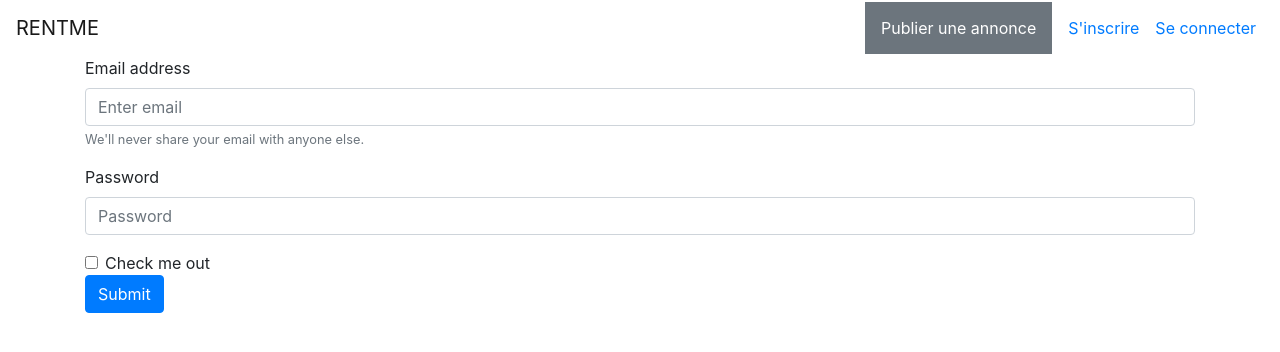
Repository: johan1412/rentme-front
Page: /login
These files come from the project's save history. The page is drawn as it stood at one moment and after the next save; the edit follows.
The browser window is 1280 px wide. The pictures show the whole page.
The project was rebuilt for these pictures with package versions that can differ from the ones it lists, and the page was loaded fresh each time. Also part of the build but not shown: vue.config.js, src/components/auth/Register.vue, src/components/Home.vue.

Above is the page before, as saved 2021-12-14 19:10:43.

### src/main.js
import Vue from "vue";
import App from "./App.vue";
import VueRouter from 'vue-router'
import Login from './components/auth/Login.vue'
import Register from './components/auth/Register.vue'

import HomePage from './components/Home.vue'
import { BootstrapVue, IconsPlugin } from 'bootstrap-vue'

// Import Bootstrap an BootstrapVue CSS files (order is important)
import 'bootstrap/dist/css/bootstrap.css'
import 'bootstrap-vue/dist/bootstrap-vue.css'

// Make BootstrapVue available throughout your project
Vue.use(BootstrapVue)
// Optionally install the BootstrapVue icon components plugin
Vue.use(IconsPlugin)

Vue.config.productionTip = false;

Vue.use(VueRouter)


const routes = [
  { path: '/', component: HomePage },
  { path: '/login', component: Login },
  { path: '/register', component: Register },
]

const router = new VueRouter({
  routes,
  history : true,
  mode : 'history'
})


new Vue({
  render: (h) => h(App),
  router
}).$mount("#app");

### src/App.vue
<template>
  <router-view />
</template>
<script>
export default {
  name: "App"
};
</script>

<style>

</style>

### src/components/auth/Login.vue
<template>
<div>
<nav-bar />
<div class="container m-auto">
  <form>
      <div class="form-group">
        <label for="exampleInputEmail1">Email address</label>
        <input type="email" class="form-control" id="exampleInputEmail1" aria-describedby="emailHelp" placeholder="Enter email">
        <small id="emailHelp" class="form-text text-muted">We'll never share your email with anyone else.</small>
      </div>
      <div class="form-group">
        <label for="exampleInputPassword1">Password</label>
        <input type="password" class="form-control" id="exampleInputPassword1" placeholder="Password">
      </div>
      <div class="form-check">
        <input type="checkbox" class="form-check-input" id="exampleCheck1">
        <label class="form-check-label" for="exampleCheck1">Check me out</label>
      </div>
      <button type="submit" class="btn btn-primary">Submit</button>
  </form>
</div>
  </div>
</template>

<script>
import NavBar from '../layouts/NavBar.vue';
export default {
  name: "Login",
  components: {
    NavBar,
  },

};
</script>

### src/components/layouts/NavBar.vue
<template>
<div>
  <b-navbar toggleable="lg" type="light" variant="white">
    <b-navbar-brand href="#" class="m">RENTME</b-navbar-brand>
    <b-collapse id="nav-collapse" is-nav>
      <b-navbar-nav class="ml-auto">
        <b-nav-item><router-link class="p-3 mb-2 bg-secondary text-white" to="register">Publier une annonce</router-link></b-nav-item>
        <b-nav-item><router-link to="register">S'inscrire</router-link></b-nav-item>
        <b-nav-item><router-link to="login">Se connecter</router-link></b-nav-item>
      </b-navbar-nav>
    </b-collapse>
  </b-navbar>
</div>
</template>
<script>

export default {
  name: "NavBar"
};
</script>

Loaded but not shown: public/index.html (common file)

After the next save:
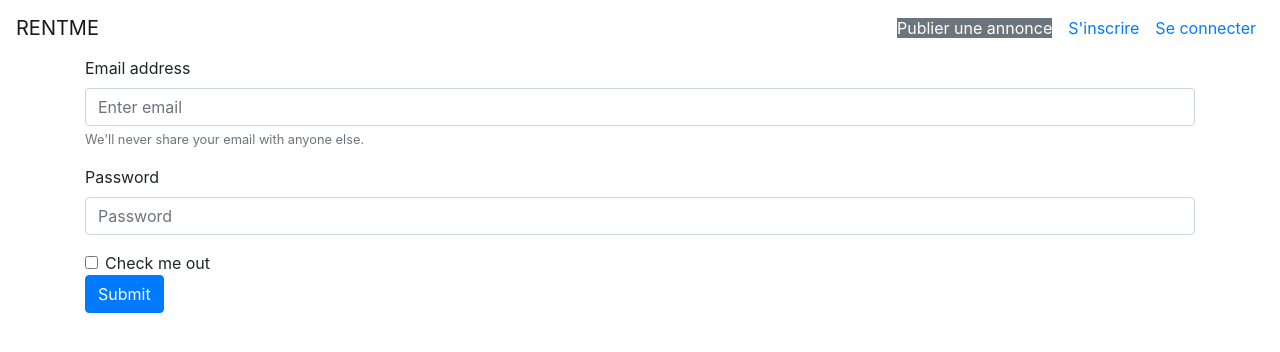
Saved 16 s later.
--- a/src/components/layouts/NavBar.vue
+++ b/src/components/layouts/NavBar.vue
@@ -4,7 +4,7 @@
     <b-navbar-brand href="#" class="m">RENTME</b-navbar-brand>
     <b-collapse id="nav-collapse" is-nav>
       <b-navbar-nav class="ml-auto">
-        <b-nav-item><router-link class="p-3 mb-2 bg-secondary text-white" to="register">Publier une annonce</router-link></b-nav-item>
+        <b-nav-item><router-link class="bg-secondary text-white" to="register">Publier une annonce</router-link></b-nav-item>
         <b-nav-item><router-link to="register">S'inscrire</router-link></b-nav-item>
         <b-nav-item><router-link to="login">Se connecter</router-link></b-nav-item>
       </b-navbar-nav>
